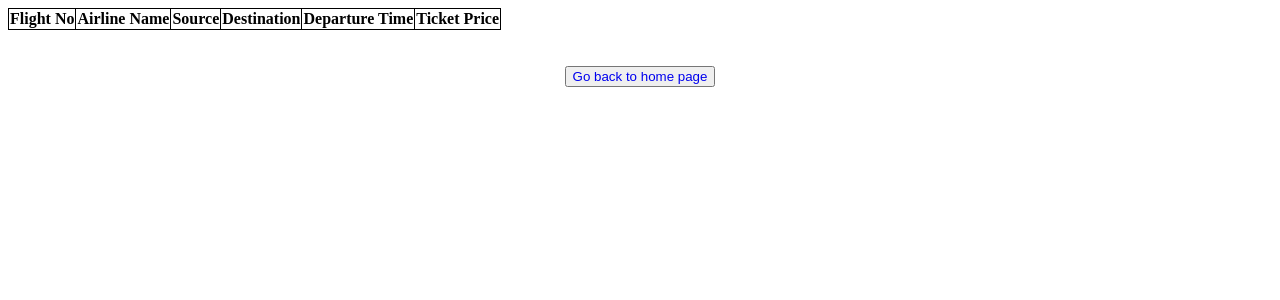
Repository: KartikMuchakandimath/Flyaway
Page: http://localhost/FlayAway/FlightsList.jsp
An editor plug-in stored every save of this project. The page is shown before and after the next save, followed by the edit.
The browser window is 1280 px wide. The pictures show the whole page.
The page is served by Tomcat 9. Queries for data that is not in the repository find no rows.

Above is the page before, as saved 2022-04-22 21:49:10.

After the next save:
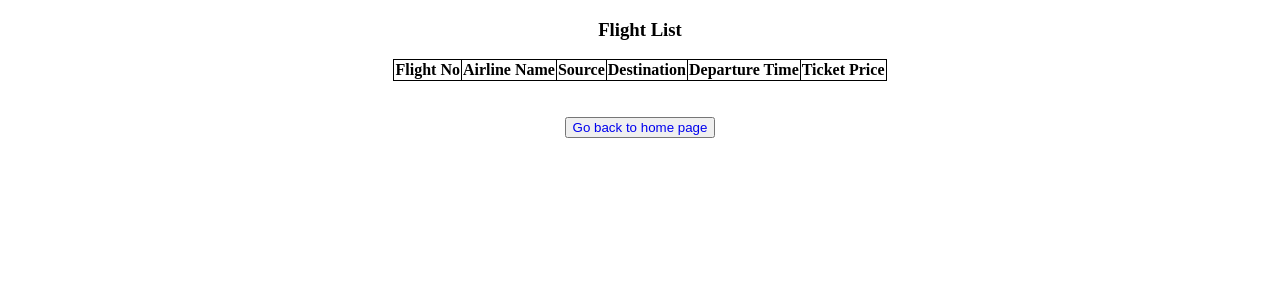
Saved 50 s later.
--- a/FlayAway/src/main/webapp/FlightsList.jsp
+++ b/FlayAway/src/main/webapp/FlightsList.jsp
@@ -16,7 +16,10 @@ table, th, td {
 }
 </style>
 </head>
+
 <body>
+<center>
+<h3>Flight List</h3>
 	<table>
 		<tr>
 			<th>Flight No</th>
